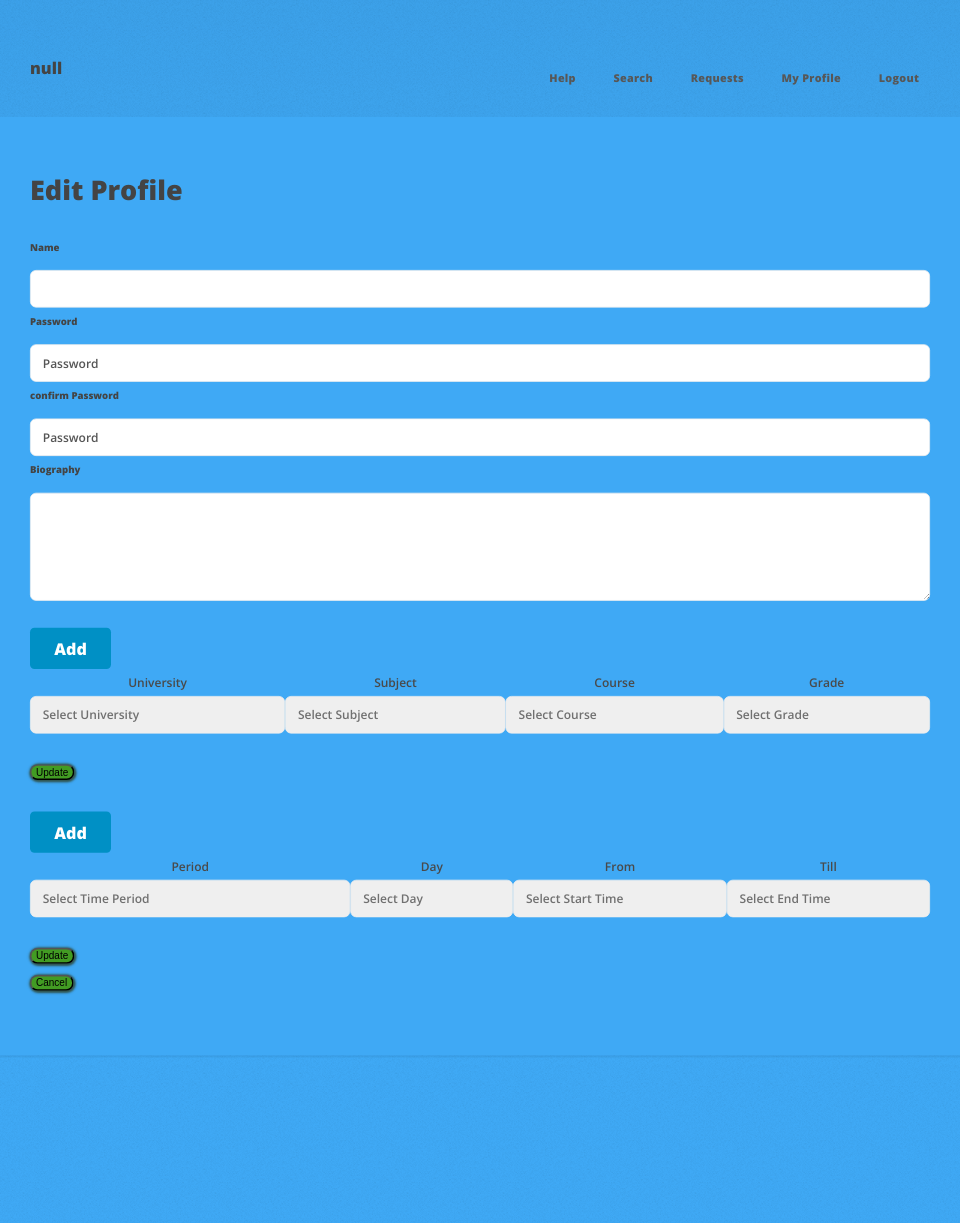
Repository: unibe-ese/ese2015-team7
Page: http://localhost/Skeleton/pages/editProfile.jsp
These files come from the project's save history. The page is drawn as it stood at one moment and after the next save; the edit follows.
The browser window is 1280 px wide. The pictures show the whole page, at 75% of full size.
Some web fonts or font styles are not loaded; a fallback is used. The page is served by Tomcat 9. Nobody is signed in. The application's start-up code is not run. Other server files are loaded and not shown. The template is opened directly, without the code that normally fills it, so the values that code supplies are empty.

Above is the page before, as saved 2015-11-02 08:16:35.

### Prototype/Skeleton/src/main/webapp/pages/editProfile.jsp
<%@ page language="java" pageEncoding="UTF-8" contentType="text/html;charset=utf-8" %>
<%@ taglib prefix="c" uri="http://java.sun.com/jsp/jstl/core" %>
<%@ taglib prefix="form" uri="http://www.springframework.org/tags/form" %>
<%@ taglib prefix="spring" uri="http://www.springframework.org/tags" %>
<%@ taglib prefix="security" uri="http://www.springframework.org/security/tags" %>
<%@ taglib prefix="fn" uri="http://java.sun.com/jsp/jstl/functions"%>



<c:import url="template/header.jsp" />

<h2>Edit Profile</h2>
	<form:form method="POST" modelAttribute="signupForm" action="editProfile" id="editProfileForm" cssClass="form-horizontal"  autocomplete="off">
	    <fieldset>
	       <c:if test="${not empty infoMessage}">
	                <div>${infoMessage}</div>
	            </c:if>

	        <c:set var="nameErrors"><form:errors path="name"/></c:set>
	        <div class="control-group<c:if test="${not empty nameErrors}"> error</c:if>">
	            <label class="control-label" for="field-name">Name</label>
	            <div class="controls">
	                <form:input path="name" id="field-name" tabindex="1" maxlength="35"/>
	                <form:errors path="name" cssClass="help-inline" element="span"/>
	            </div>
	        </div>
	        <c:set var="passwordErrors"><form:errors path="password"/></c:set>
	        <div class="control-group<c:if test="${not empty passwordErrors}"> error</c:if>">
	            <label class="control-label" for="field-password">Password</label>
	            <div class="controls">
	                <form:password path="password" id="field-password" tabindex="1" maxlength="35" placeholder="Password"/>
	                <form:errors path="password" cssClass="help-inline" element="span"/>
	            </div>
	        </div>

	        <c:set var="passwordVerifyErrors"><form:errors path="passwordVerify"/></c:set>
	        <div class="control-group<c:if test="${not empty passwordVerifyErrors}"> error</c:if>">

	            <label class="control-label" for="field-passwordVerify">confirm Password</label>
	            <div class="controls">
	                <form:password path="passwordVerify" id="field-passwordVerify" tabindex="1" maxlength="35" placeholder="Password"/>
	                <form:errors path="passwordVerify" cssClass="help-inline" element="span"/>
	            </div>
	        </div>
	        <c:set var="biographyErrors"><form:errors path="biography"/></c:set>
	        <div class="control-group<c:if test="${not empty biographyErrors}"> error</c:if>">

	            <label class="control-label" for="field-biography">Biography</label>
	            <div class="controls">
	                <form:textarea path="biography" id="field-biography" tabindex="1" maxlength="250"/>
	                <form:errors path="biography" cssClass="help-inline" element="span"/>
	            </div>
	        </div>

			<br>

			<table>
				<thead>
                	<tr>
                    	<th>University</th>
                        <th>Subject</th>
                        <th>Course</th>
                        <th>Grade</th>
                        <th></th>
                    </tr>
                </thead>
                <tbody>
                	<tr><input type="button" id="addGradeButton" value="Add" /></tr>
                	<tr>
							<c:if test="${fn:length(signupForm.grades) == 0}" >
	                            <td>
	                            	<form:select path="grades[0].university" tabindex="1">
						           		<form:option value='None' label="Select University"/>
						           		<form:options items="${universities}" itemValue="universityName"/>
				            		</form:select>
				            	</td>
				            	<td>
				            		<form:select path="grades[0].subject" tabindex="1">
						           		<form:option value='None' label="Select Subject"/>
						           		<form:options items="${subjects}" itemValue="subjectName"/>
				            		</form:select>
				            	</td>
				            	<td>
				            		<form:select path="grades[0].course" tabindex="1">
						           		<form:option value='None' label="Select Course"/>
						           		<form:options items="${courses}" itemValue="courseName"/>
				            		</form:select>
				            	</td>
				            	<td>
				            		<form:select path="grades[0].grade" tabindex="1">
						           		<form:option value='None' label="Select Grade"/>
						           		<form:option value="1"/>
						           		<form:option value="2"/>
						           		<form:option value="3"/>
						           		<form:option value="4"/>
						           		<form:option value="5"/>
						           		<form:option value="6"/>
				            		</form:select>
				            	</td>
				            		<!-- Remove button missing -->
		                	</c:if>
		                	<c:if test="${fn:length(signupForm.grades) > 0}" >
		                	<c:forEach items="${signupForm.grades}" var="element" varStatus="i" begin="0">
		                		<tr>
									<td>
										<form:select path="grades[${i.index}].university" tabindex="1">
								    		<form:option value='None' label="Select University"/>
								    		<form:options items="${universities}" itemValue="universityName"/>
								    	</form:select>
									</td>
									<td>
								   		<form:select path="grades[${i.index}].subject" tabindex="1">
								    		<form:option value='None' label="Select Subject"/>
								    		<form:options items="${subjects}" itemValue="subjectName"/>
								   		</form:select>
								   	</td>
								   	<td>
								   		<form:select path="grades[${i.index}].course" tabindex="1">
								    		<form:option value='None' label="Select Course"/>
								    		<form:options items="${courses}" itemValue="courseName"/>
								   		</form:select>
								   	</td>
								   	<td>
								   		<form:select path="grades[${i.index}].grade" tabindex="1">
								    		<form:option value='None' label="Select Grade"/>
								    		<form:option value="1"/>
								    		<form:option value="2"/>
								    		<form:option value="3"/>
								    		<form:option value="4"/>
								    		<form:option value="5"/>
								    		<form:option value="6"/>
								   		</form:select>
								   	</td>
								   		<!-- Remove button missing -->
								</tr>
							</c:forEach>
							</c:if>
					</tr>
					<tr id="submitRowGrades" /> <!-- Hier wird neue Zeile eingefügt -->
                </tbody>
			</table>

			<button type="submit" class="btn btn-primary">Update</button>

			<br>
			<br>

			<table>
				<thead>
                	<tr>
                    	<th>Period</th>
                        <th>Day</th>
                        <th>From</th>
                        <th>Till</th>
                        <th></th>
                    </tr>
                </thead>
                <tbody>
                	<tr><input type="button" id="addTimeSlotButton" value="Add" /></tr>
                	<tr>
							<c:if test="${fn:length(signupForm.timeSlots) == 0}" >
	                            <td>
	                            	<form:select path="timeSlots[0].semesterOrSemesterBreak" tabindex="1">
						           		<form:option value='None' label="Select Time Period"/>
						           		<form:option value="Herbstsemester 2015"/>
						           		<form:option value="Semesterferien im Winter"/>
						           		<form:option value="Frühjahrssemester 2016"/>
						           		<form:option value="Semesterferien im Sommer"/>
				            		</form:select>
				            	</td>
				            	<td>
				            		<form:select path="timeSlots[0].day" tabindex="1">
						           		<form:option value='None' label="Select Day"/>
						           		<form:option value="Montag"/>
						           		<form:option value="Dienstag"/>
						           		<form:option value="Mittwoch"/>
						           		<form:option value="Donnerstag"/>
						           		<form:option value="Freitag"/>
						           		<form:option value="Samstag"/>
						           		<form:option value="Sonntag"/>
				            		</form:select>
				            	</td>
				            	<td>
				            		<form:select path="timeSlots[0].startTime" tabindex="1">
						           		<form:option value='None' label="Select Start Time"/>
						           		<form:option value="07:00"/>
						           		<form:option value="08:00"/>
						           		<form:option value="09:00"/>
						           		<form:option value="10:00"/>
						           		<form:option value="11:00"/>
						           		<form:option value="12:00"/>
						           		<form:option value="13:00"/>
						           		<form:option value="14:00"/>
						           		<form:option value="15:00"/>
						           		<form:option value="16:00"/>
						           		<form:option value="17:00"/>
						           		<form:option value="18:00"/>
						           		<form:option value="19:00"/>
						           		<form:option value="20:00"/>
						           		<form:option value="21:00"/>
						           		<form:option value="22:00"/>
				            		</form:select>
				            	</td>
				            	<td>
				            		<form:select path="timeSlots[0].endTime" tabindex="1">
						           		<form:option value='None' label="Select End Time"/>
						           		<form:option value="08:00"/>
						           		<form:option value="09:00"/>
						           		<form:option value="10:00"/>
						           		<form:option value="11:00"/>
						           		<form:option value="12:00"/>
						           		<form:option value="13:00"/>
						           		<form:option value="14:00"/>
						           		<form:option value="15:00"/>
						           		<form:option value="16:00"/>
						           		<form:option value="17:00"/>
						           		<form:option value="18:00"/>
						           		<form:option value="19:00"/>
						           		<form:option value="20:00"/>
						           		<form:option value="21:00"/>
						           		<form:option value="22:00"/>
						           		<form:option value="22:00"/>
				            		</form:select>
				            	</td>
				            		<!-- Remove button missing -->
		                	</c:if>
		                	<c:if test="${fn:length(signupForm.timeSlots) > 0}" >
		                	<c:forEach items="${signupForm.timeSlots}" var="element" varStatus="i" begin="0">
		                		<tr>
									<td>
										<form:select path="timeSlots[${i.index}].semesterOrSemesterBreak" tabindex="1">
								    		<form:option value='None' label="Select Time Period"/>
						           			<form:option value="Herbstsemester 2015"/>
						           			<form:option value="Semesterferien im Winter"/>
						           			<form:option value="Frühjahrssemester 2016"/>
						           			<form:option value="Semesterferien im Sommer"/>
								    	</form:select>
									</td>
									<td>
								   		<form:select path="timeSlots[${i.index}].day" tabindex="1">
								    		<form:option value='None' label="Select Day"/>
						           			<form:option value="Montag"/>
						           			<form:option value="Dienstag"/>
						           			<form:option value="Mittwoch"/>
						           			<form:option value="Donnerstag"/>
						           			<form:option value="Freitag"/>
						           			<form:option value="Samstag"/>
						           			<form:option value="Sonntag"/>
								   		</form:select>
								   	</td>
								   	<td>
								   		<form:select path="timeSlots[${i.index}].startTime" tabindex="1">
								    		<form:option value='None' label="Select Start Time"/>
						          	 		<form:option value="07:00"/>
						        	   		<form:option value="08:00"/>
						         	  		<form:option value="09:00"/>
							           		<form:option value="10:00"/>
							           		<form:option value="11:00"/>
							           		<form:option value="12:00"/>
							           		<form:option value="13:00"/>
							           		<form:option value="14:00"/>
							           		<form:option value="15:00"/>
							           		<form:option value="16:00"/>
							           		<form:option value="17:00"/>
							           		<form:option value="18:00"/>
							           		<form:option value="19:00"/>
							           		<form:option value="20:00"/>
							           		<form:option value="21:00"/>
							           		<form:option value="22:00"/>
								   		</form:select>
								   	</td>
								   	<td>
								   		<form:select path="timeSlots[${i.index}].endTime" tabindex="1">
								    		<form:option value="08:00"/>
							           		<form:option value="09:00"/>
							           		<form:option value="10:00"/>
							           		<form:option value="11:00"/>
							           		<form:option value="12:00"/>
							           		<form:option value="13:00"/>
							           		<form:option value="14:00"/>
							           		<form:option value="15:00"/>
							           		<form:option value="16:00"/>
							           		<form:option value="17:00"/>
							           		<form:option value="18:00"/>
							           		<form:option value="19:00"/>
							           		<form:option value="20:00"/>
							           		<form:option value="21:00"/>
							           		<form:option value="22:00"/>
							           		<form:option value="22:00"/>
								   		</form:select>
								   	</td>
								   		<!-- Remove button missing -->
								</tr>
							</c:forEach>
							</c:if>
					</tr>
					<tr id="submitRowTimeSlots" /> <!-- Hier wird neue Zeile eingefügt -->
                </tbody>
			</table>

			<button type="submit" class="btn btn-primary">Update</button>

	    </fieldset>
	</form:form>

<button type="button" class="btn-edit" onclick="location.href='/Skeleton/profile'">Cancel</button>

<c:import url="template/footer.jsp" />


<script type="text/javascript">
$(document).ready(function() {

	var countList = new Array();
	<c:forEach items="${signupForm.grades}">
	    var dummy= new Object();
	    countList.push(dummy);
	</c:forEach>

	var gradePosition = countList.length - 1;

	$("#addGradeButton").click(function() {
		gradePosition++;

		$.get("<%=request.getContextPath()%>/editProfileAppend", { fieldId: gradePosition},
			function(data){
				$("#submitRowGrades").before(data);
		});
	});
});
</script>

<script type="text/javascript">
$(document).ready(function() {

	var countTimeSlotsList = new Array();
	<c:forEach items="${signupForm.timeSlots}">
	    var thickie= new Object();
	    countList.push(thickie);
	</c:forEach>

	var timeSlotPosition = countTimeSlotsList.length - 1;

	$("#addTimeSlotButton").click(function() {
		timeSlotPosition++;

		$.get("<%=request.getContextPath()%>/editProfileAttach", { fieldId: timeSlotPosition},
			function(data){
				$("#submitRowTimeSlots").before(data);
		});
	});
});
</script>

### Prototype/Skeleton/src/main/webapp/pages/template/header.jsp
<%@ taglib prefix="c" uri="http://java.sun.com/jsp/jstl/core" %>
<%@ taglib prefix="security" uri="http://www.springframework.org/security/tags" %>

<!DOCTYPE HTML>
<html>
	<head>
	<link rel="shortcut icon" type="image/x-icon" href="/Skeleton/img/favicon.ico">
		<title>StudentConnector</title>
		<meta http-equiv="content-type" content="text/html; charset=utf-8" />
		<meta name="description" content="" />
		<meta name="keywords" content="" />
		<!--[if lte IE 8]><script src="/Skeleton/css/ie/html5shiv.js"></script><![endif]-->
		<script src="/Skeleton/js/jquery.min.js"></script>
		<script src="/Skeleton/js/jquery.dropotron.min.js"></script>
		<script src="/Skeleton/js/skel.min.js"></script>
		<script src="/Skeleton/js/skel-layers.min.js"></script>
		<script src="/Skeleton/js/init.js"></script>
		<link rel="stylesheet" href="/Skeleton/css/awesomeStyle.css" />
		<!--[if lte IE 8]><link rel="stylesheet" href="/Skeleton/css/ie/v8.css" /><![endif]-->
	</head>
	<body class="no-sidebar">

		<!-- Header -->

			<div id="header-wrapper">
				<header id="header" class="container">
				<h3><% out.println(request.getSession().getAttribute("username") ); %></h3>

					<!-- Nav -->
						<nav id="nav">
							<ul>
								<li><a href="/Skeleton/help">Help</a></li>
								<li><a href="/Skeleton/search">Search</a></li>
								<li>
									<a href="/Skeleton/requests">Requests</a>
									<ul>
										<li><a href="/Skeleton/requests">Incoming Requests</a></li>
										<li><a href="/Skeleton/myRequests">Outgoing Requests</a></li>
									</ul>
								</li>

								<li>
									<a href="/Skeleton/profile">My Profile</a>
								</li>
								<li><a href="<c:url value="j_spring_security_logout" />">Logout</a></li>
							</ul>
						</nav>

				</header>
			</div>

		<!-- Main -->
			<div id="main-wrapper">
				<div class="container">
					<div id="content">

						<!-- Content -->
							<article>

### Prototype/Skeleton/src/main/webapp/pages/template/footer.jsp
	</article>

					</div>
				</div>
			</div>

		<!-- Footer -->
			<div id="footer-wrapper">
				<footer id="footer" class="container">
				</footer>
			</div>
	</body>
</html>

### Prototype/Skeleton/src/main/webapp/css/awesomeStyle.css
body {
	font-weight:700!important;
	color: #4A4A4A!important;
}

button {
	border-radius: 10px;
	background-color: #429c23;
	box-shadow: 1px 1px 3px 2px rgba(42,45,0,0.69);
	color:	#000000;
}

th, td {
	font-weight: 600;
}

input, select, textarea {
	font-weight:600;
	color:#707070;
}

.errorMessage {
	font-size: 18px;
	font-weight: 600;
	color:#903000;
}

#nav ul li a {
	font-weight:700;
	color:#575757;
}

.tableHeader th, .tableHeader td {s
	font-weight: 900;
}

.withBox th, .withBox td{
	border:none;
	border-bottom:1px solid #707070;
	text-align:center;
}

#noBox {
	border: none;
}

#buttonBox {
	padding: 1% 1% 0% 1%;
	display: inline-block;
	border: 1px ridge #429c23;
};
}

Loaded but not shown: Prototype/Skeleton/src/main/webapp/js/jquery.min.js (library); Prototype/Skeleton/src/main/webapp/js/jquery.dropotron.min.js (library); Prototype/Skeleton/src/main/webapp/js/skel.min.js (library); Prototype/Skeleton/src/main/webapp/js/skel-layers.min.js (library); Prototype/Skeleton/src/main/webapp/css/font-awesome.min.css (library); Prototype/Skeleton/src/main/webapp/js/init.js (81 lines, source omitted); Prototype/Skeleton/src/main/webapp/css/style.css (697 lines, source omitted); Prototype/Skeleton/src/main/webapp/css/style-desktop.css (366 lines, source omitted)

After the next save:
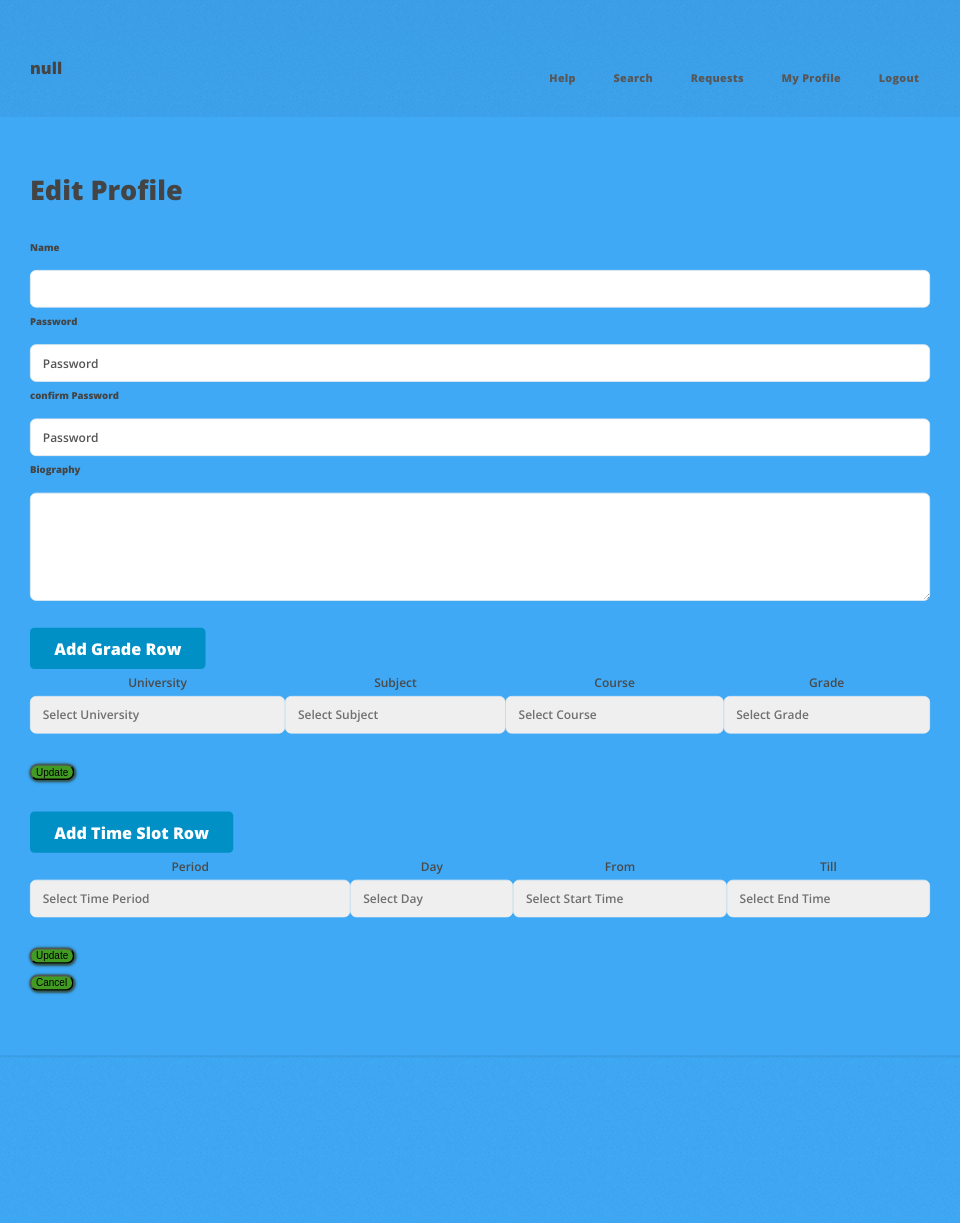
Saved 7 s later.
--- a/Prototype/Skeleton/src/main/webapp/pages/editProfile.jsp
+++ b/Prototype/Skeleton/src/main/webapp/pages/editProfile.jsp
@@ -65,7 +65,7 @@
                     </tr>
                 </thead>
                 <tbody>
-                	<tr><input type="button" id="addGradeButton" value="Add" /></tr>
+                	<tr><input type="button" id="addGradeButton" value="Add Grade Row" /></tr>
                 	<tr>
 							<c:if test="${fn:length(signupForm.grades) == 0}" >
 	                            <td>
@@ -156,7 +156,7 @@
                     </tr>
                 </thead>
                 <tbody>
-                	<tr><input type="button" id="addTimeSlotButton" value="Add" /></tr>
+                	<tr><input type="button" id="addTimeSlotButton" value="Add Time Slot Row" /></tr>
                 	<tr>
 							<c:if test="${fn:length(signupForm.timeSlots) == 0}" >
 	                            <td>
